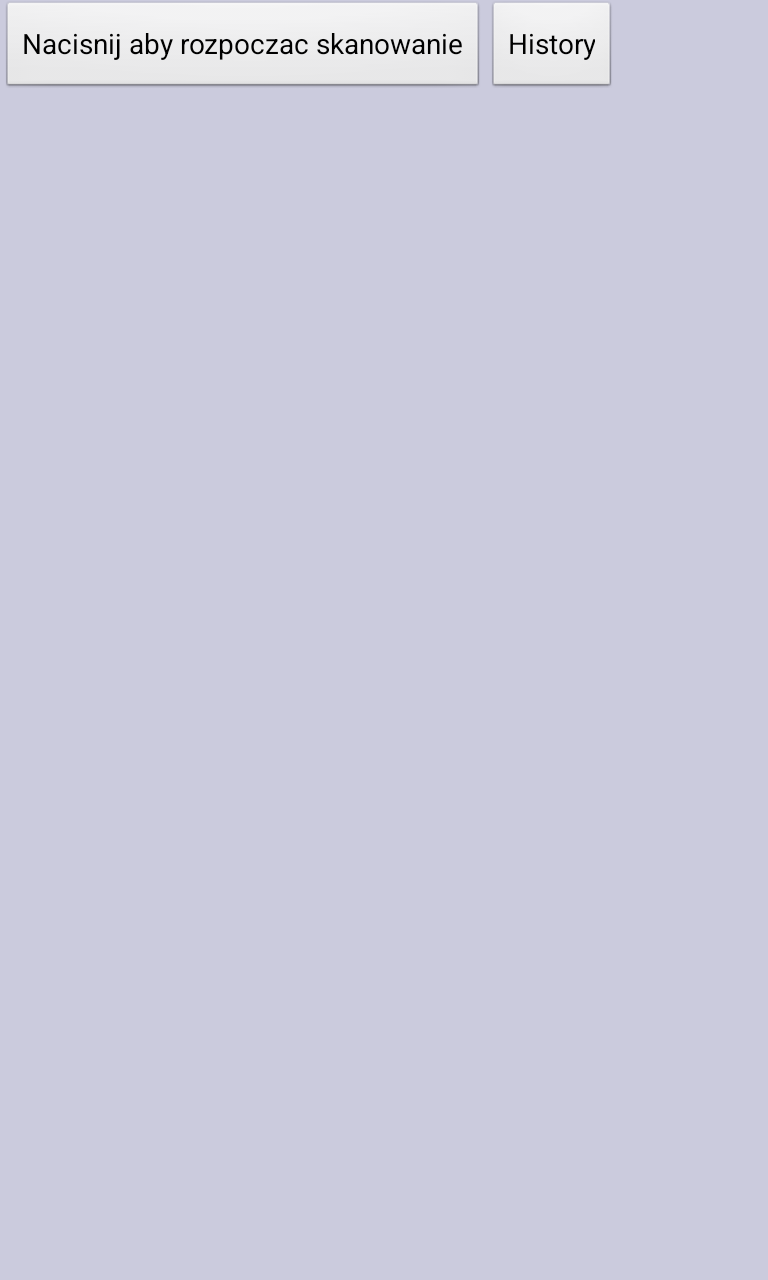
Repository: marooned071/ProjektZespolowy
Layout: android/qrpoll/res/layout/activity_main.xml
An editor plug-in stored every save of this project. The layout is shown before and after the next save, followed by the edit.
It is drawn on a 768 x 1280 px phone screen (xhdpi) without system bars, with theme CustomTheme; the app's code is not run.

Above is the layout before, as saved 2014-05-20 12:59:41.

After the next save:
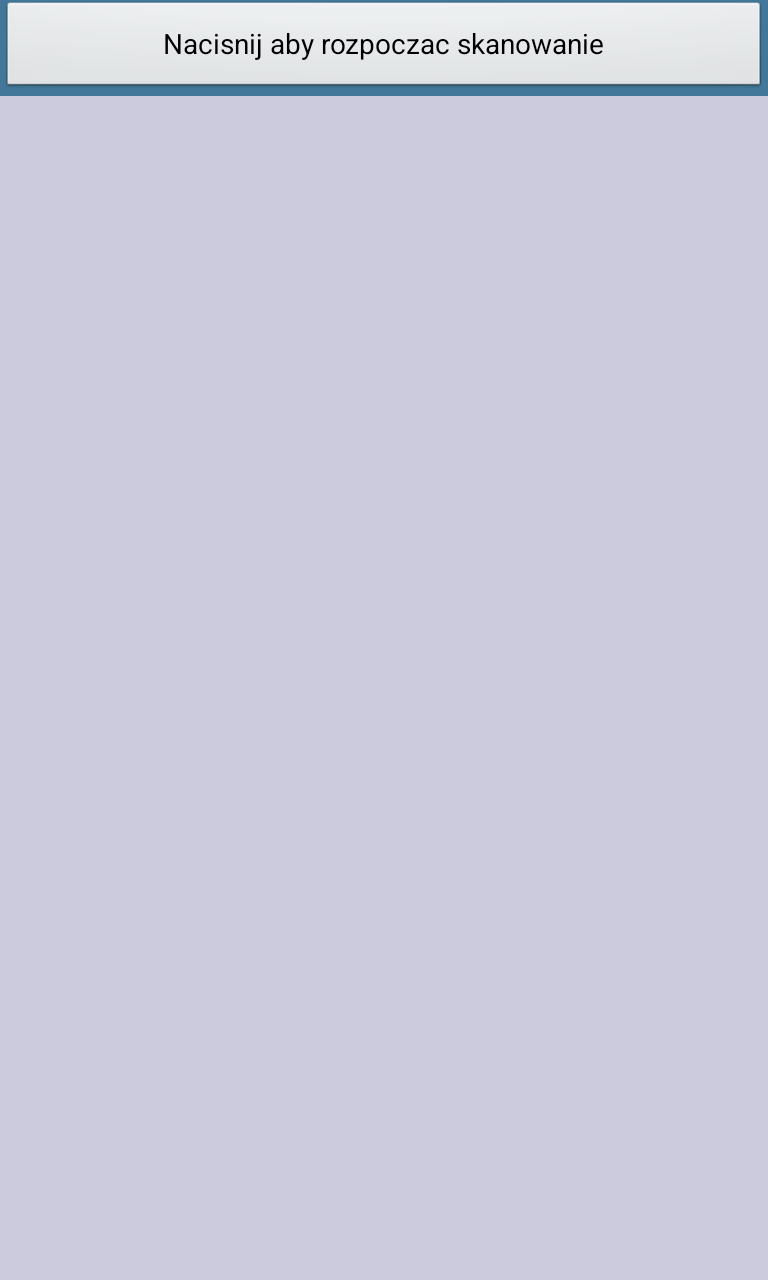
Saved 5 min 52 s later.
--- a/android/qrpoll/res/layout/activity_main.xml
+++ b/android/qrpoll/res/layout/activity_main.xml
@@ -3,12 +3,19 @@
     android:layout_width="match_parent"
     android:background="#cbcbdd"
     android:layout_height="match_parent" >
+    <LinearLayout
+        android:layout_width="match_parent"
+        android:layout_height="wrap_content"
+        android:background="#437799"
+        android:gravity="center_vertical|center_horizontal"
+        android:orientation="vertical"
+        android:visibility="visible" >
     <Button android:id="@+id/scan_button"
-        android:layout_width="wrap_content"
-        android:layout_height="wrap_content"
+        android:layout_width="match_parent"
+        android:layout_height="match_parent"
         android:layout_centerHorizontal="true"
         android:text="@string/scan" />
-
+    </LinearLayout>
 
     <TextView
     android:id="@+id/scan_format"
